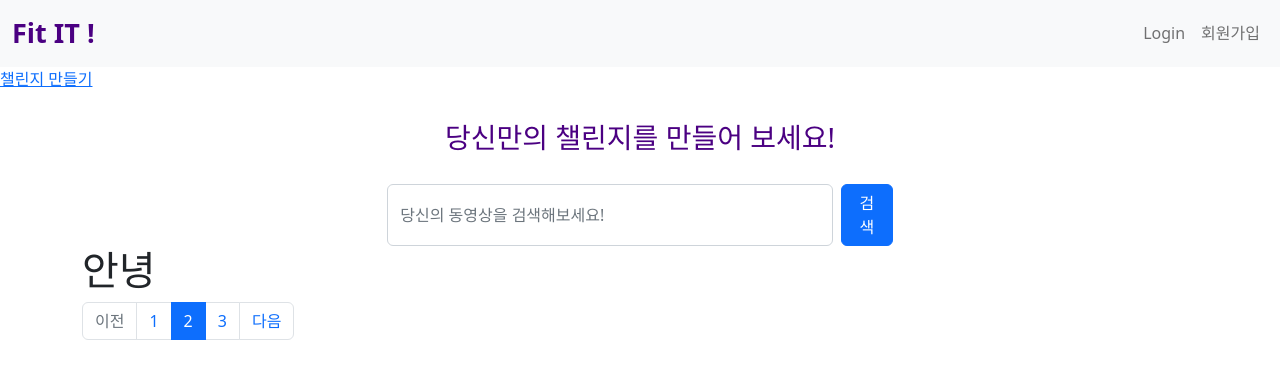
Repository: 4everGirls/Fit-IT-FRONT
Page: /makeChallenge (app in FrontEnd/fit-it/)
These files come from the project's save history. The page is drawn as it stood at one moment and after the next save; the edit follows.
The browser window is 1280 px wide. The pictures show the whole page.
The project was rebuilt for these pictures with package versions that can differ from the ones it lists, and the page was loaded fresh each time. Also part of the build but not shown: FrontEnd/fit-it/vue.config.js, FrontEnd/fit-it/src/views/HomeView.vue, FrontEnd/fit-it/src/components/user/RegistUser.vue, FrontEnd/fit-it/src/components/user/LoginUser.vue.

Above is the page before, as saved 2022-11-20 01:29:19.

After the next save:
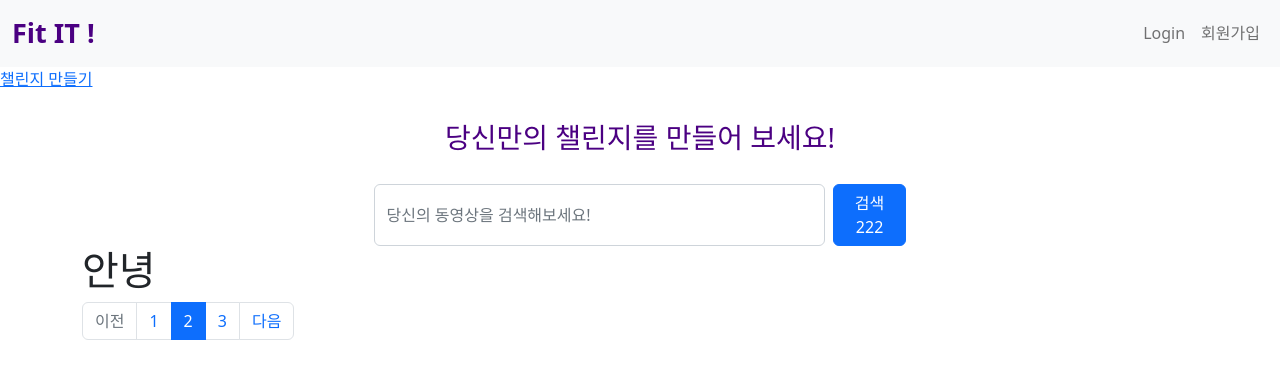
Saved 57 s later.
--- a/FrontEnd/fit-it/src/components/challenge/MakeChallenge/SearchVideo.vue
+++ b/FrontEnd/fit-it/src/components/challenge/MakeChallenge/SearchVideo.vue
@@ -16,7 +16,7 @@
             v-model="keyword"
           />
           <button class="btn btn-primary" type="submit" >
-            검색
+            검색222
           </button>
         </form>
       </div>
